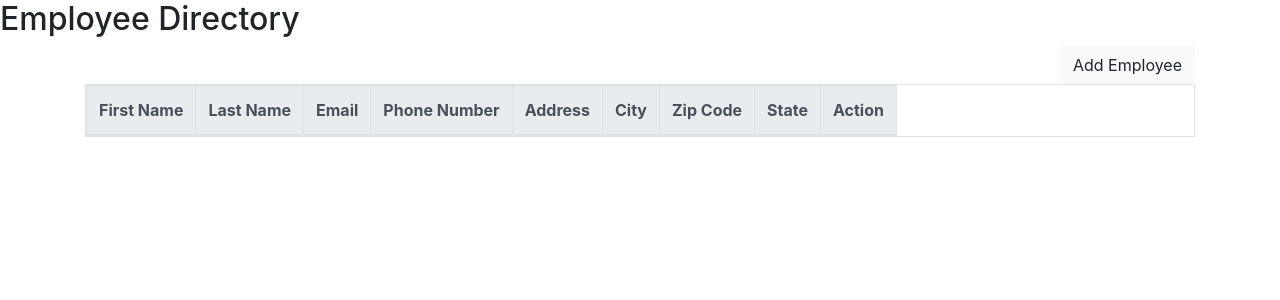
Repository: TChristian315/directory_app
Page: http://localhost/directoryapp/directory.jsp
The author's editor kept a copy of each file at every save. The page is drawn from the files as they stood at one save, then again after the next save.
The browser window is 1280 px wide. The pictures show the whole page.
Some web libraries are served in a nearby version. The page is served by Tomcat 9. The template is opened directly, without the code that normally fills it, so the values that code supplies are empty.

Above is the page before, as saved 2018-05-23 18:12:35.

After the next save:
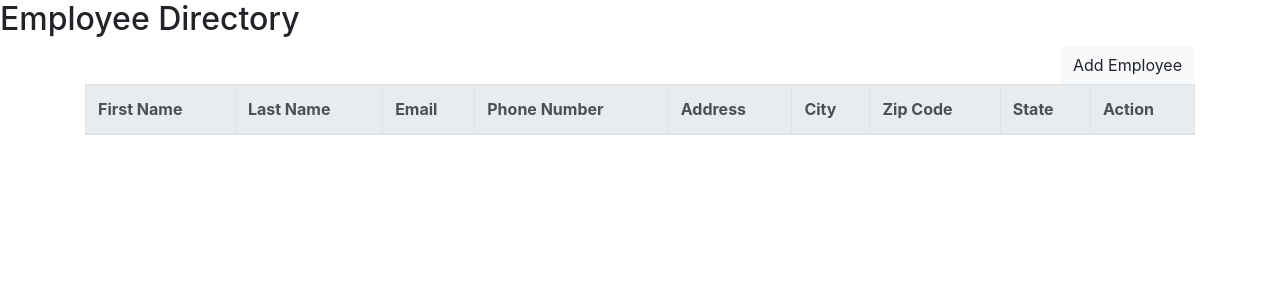
Saved 55 s later.
--- a/Workspaces/directoryapp/WebContent/directory.jsp
+++ b/Workspaces/directoryapp/WebContent/directory.jsp
@@ -25,7 +25,7 @@
 					onclick="window.location.href= 'add-employee-form.jsp'; return false;"
 					class="btn btn-light" style="float: right;" />
 
-				<table class ="table table-bordered table-hover table-responsive">
+				<table class ="table table-bordered table-hover">
 					<thead class="thead-light">
 						<tr>
 							<th scope="col">First Name</th>
